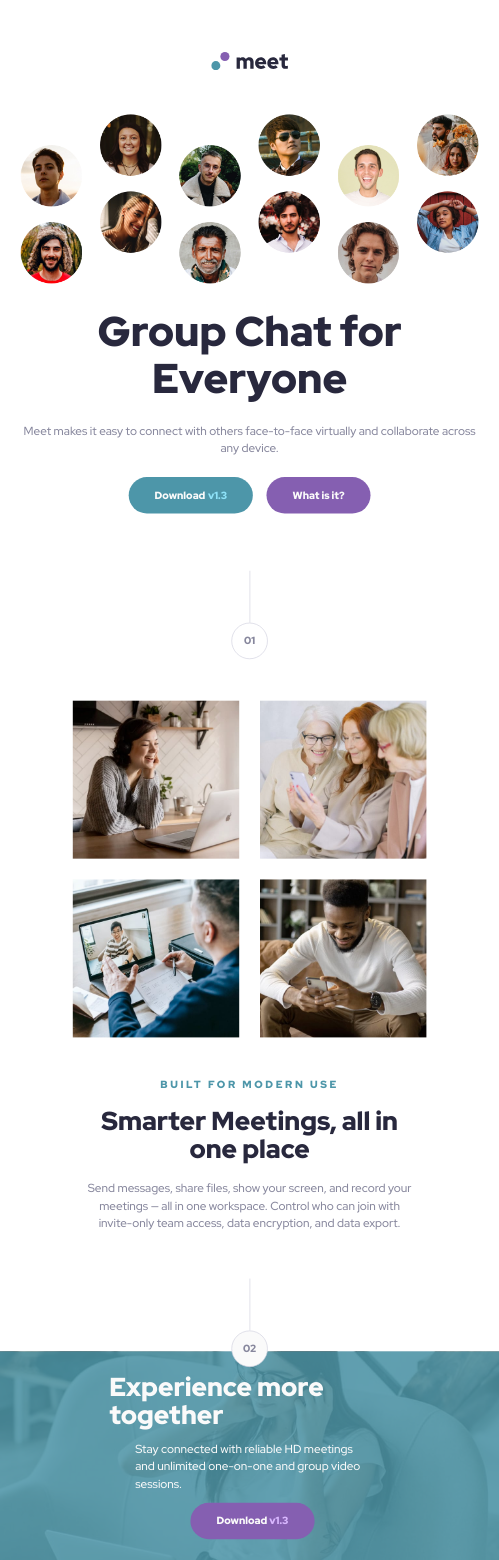
Repository: brandontaylor1/meet-landing-page
Page: index.html
An editor plug-in stored every save of this project. The page is shown before and after the next save, followed by the edit.
The browser window is 768 px wide. The pictures show the whole page, at 65% of full size.

Above is the page before, as saved 2025-01-13 20:16:35.

### index.html
<!DOCTYPE html>
<html lang="en">
<head>
    <meta charset="UTF-8">
    <meta name="viewport" content="width=device-width, initial-scale=1.0">
    <link rel="preconnect" href="https://fonts.googleapis.com">
    <link rel="preconnect" href="https://fonts.gstatic.com" crossorigin>
    <link href="https://fonts.googleapis.com/css2?family=Red+Hat+Display:ital,wght@0,300..900;1,300..900&display=swap" rel="stylesheet">
    <link rel="stylesheet" href="styles.css">
    <title>Meet Landing Page</title>
</head>
<body>
    <nav class="navbar">
        <div class="logo-container">
            <img src="./assets/images/logo.svg" alt="meet logo">
        </div>
    </nav>
    <section class="hero-section">
        <img src="" class="responsive-image" alt="responsive-image">
        <img src="./assets/images/image-hero-left.png" class="hero-images"  id="left-faces" alt="Left Faces">
        <div class="hero-content">
            <h1>Group Chat for Everyone</h1>
            <p>Meet makes it easy to connect with others face-to-face virtually and collaborate across any device.</p>
            <div class="btn-container">
                <button class="hero-btn" id="downloadBtn">Download<span>v1.3</span></button>
                <button class="hero-btn" id="whatisitBtn">What is it?</button>
            </div>
        </div>
        <img src="./assets/images/image-hero-right.png" class="hero-images" id="right-faces" alt="Right Faces">
    </section>

    <section class="main-content">
        <div class="content">
            <div class="design-container">
                <div class="gray-line"></div>
                <div class="gray-circle">01</div>
            </div>
            <div class="image-container">
                <img src="./assets/images/image-woman-in-videocall.jpg" alt="woman on video call">
                <img src="./assets/images/image-women-videochatting.jpg" alt="women vidoechatting">
                <img src="./assets/images/image-men-in-meeting.jpg" alt="men in a meeting">
                <img src="./assets/images/image-man-texting.jpg" alt="man texting">
            </div>
            <div class="text-container">
                <h3>Built for Modern Use</h3>
                <h2>Smarter Meetings, all in one place</h2>
                <p>Send messages, share files, show your screen, and record your meetings — all in one workspace. Control who can join with invite-only team access, data encryption, and data export.</p>
            </div>
        </div>
    </section>
    <div class="design-container">
        <div class="gray-line"></div>
        <div class="gray-circle white">02</div>
    </div>
    <section class="footer">
        <div class="footer-grid">
            <h2>Experience more together</h2>
            <p>Stay connected with reliable HD meetings and unlimited one-on-one and group video sessions.</p>
            <button class="hero-btn" id="whatisitBtn">Download <span class="footer-span">v1.3</span></button>
        </div>
    </section>

</body>
</html>

### styles.css
* {
    margin: 0;
    padding: 0;
    box-sizing: border-box
}

:root {
    --color-white: #FAFAFA;
    --color-slate: #87879D;
    --color-lightslate: #D1D1DF;
    --color-darkslate: #28283D;
    --color-cyan: #4D96A9;
    --color-purple: #855FB1;
    --color-lightcyan: #8FE3F9;
    --color-lightpurple: #D9B8FF;

    font-size: 16px;

}

body {
    display: flex;
    flex-direction: column;
    align-items: center;
    justify-content: center;
}

.white {
    background-color: var(--color-white);
}

.navbar {
    display: flex;
    padding: 5rem 5rem 0 5rem;
    flex-direction: column;
    justify-content: flex-end;
    align-items: center;
    gap: var(--spacing-100, .5rem);
    align-self: stretch;

}

.hero-section {
    display: flex;
    justify-content: space-between;
    align-items: center;
    padding: 4rem 5rem;
    height: auto;
    width: 100%;
}

.left-faces {
    padding-right: 95px;
    padding-bottom: 57px;
}

.right-faces {
    padding-left: 95px;
    padding-top: 57px;
}

.responsive-image {
    display: none;
}

.hero-section {
    width: 100%;
}

.hero-content {
    display: flex;
    flex-direction: column;
    align-items: center;
    justify-content: space-between;
    width: 448px;
    height: 314px;

}

.hero-content h1 {
    font-family: "Red Hat Display", sans-serif;
    font-size: 4rem;
    font-weight: 900;
    line-height: 110%;
    color: var(--color-darkslate);
    text-align: center;
}

.hero-content p {
    font-family: "Red Hat Display", sans-serif;
    font-size: 18px;
    font-weight: 500;
    line-height: 150%;
    color: var(--color-slate);
    text-align: center;

}

.hero-btn {
    padding: 16px 40px;
    border-radius: 29px;
    border: none;

}

#downloadBtn {
    background-color: var(--color-cyan);
    color: var(--color-white);
    font-size: 16px;
    font-family: "Red Hat Display", sans-serif;
    font-weight: 900;
    line-height: 150%;
    margin-right: 8.5px;
}

#downloadBtn span {
    margin-left: 4px;
    color: var(--color-lightcyan);

}

#whatisitBtn {
    background-color: var(--color-purple);
    color: var(--color-white);
    font-size: 16px;
    font-family: "Red Hat Display", sans-serif;
    font-weight: 900;
    line-height: 150%;
    margin-left: 8.5px;
}

.main-content {
    display: flex;
    flex-direction: column;
    align-items: center;
    justify-content: center;
    height: 883px;
    padding: 56px 80px 72px 80px;
}

.content {
    display: flex;
    flex-direction: column;
    align-items: center;
    justify-content: space-between;
    height: 755px;
}

.design-container {
    display: flex;
    justify-content: center;
    align-items: center;
    flex-direction: column;

}

.gray-line {
    width: 1px;
    height: 80px;
    background-color:  var(--color-lightslate);
    z-index: 5;
}

.gray-circle {
    width: 56px;
    height: 56px;
    display: flex;
    align-items: center;
    justify-content: center;
    border-radius: 50%;
    border: 1px solid var(--color-lightslate);
    color: var(--color-slate);
    font-size: 16px;
    font-family: "Red Hat Display", sans-serif;
    font-weight: 900;
    line-height: 150%;
    z-index: 5;
}

.image-container {
    display: grid;
    grid-template-columns: repeat(4, 1fr);
    grid-template-rows: 1fr;
    gap: 32px;
}

.image-container img {
    width: 256px;
    height: auto;
}

.text-container {
    width: 500px;
    height: 235px;
    display: flex;
    flex-direction: column;
    align-items: center;
    justify-content: space-between;
}

.text-container h3 {
    font-family: "Red Hat Display", sans-serif;
    font-size: 16px;
    font-weight: 900;
    line-height: 110%;
    text-transform: uppercase;
    letter-spacing: 4px;
    color: var(--color-cyan);
}

.text-container h2 {
    font-family: "Red Hat Display", sans-serif;
    font-size: 40px;
    font-style: normal;
    font-weight: 900;
    line-height: 110%;
    text-align: center;
    color: var(--color-darkslate);
}

.text-container p {
    font-family: "Red Hat Display", sans-serif;
    font-size: 18px;
    font-style: normal;
    font-weight: 500;
    line-height: 150%;
    text-align: center;
    color: var(--color-slate)
}


.footer {
    padding: 7rem 5rem;
    width: 100%;
    display: flex;
    align-items: center;
    justify-content: center;
    background-image: url("./assets/images/image-footer.jpg");
    background-size: cover;
    background-position: center;
    background-repeat: no-repeat;
    margin-top: -1.5rem;
    position: relative;
    z-index: 0;
}

.footer-grid {
    display: flex;
    align-items: flex-start;
    justify-content: center;
    grid-template-columns: repeat(3, 1fr);
    width: 70rem;
    gap: 32px;
    z-index: 2;

}

.footer-grid h2 {
    font-family: "Red Hat Display", sans-serif;
    font-size: 2.5rem;
    font-weight: 900;
    line-height: 110%;
    color: var(--color-white);
    width: 27rem;
}

.footer-grid p {
    font-family: "Red Hat Display", sans-serif;
    font-size: 1.125rem;
    font-weight: 500;
    line-height: 150%;
    color: var(--color-white);
    width: 22rem;
}

.footer::before {
    content: "";
    position: absolute;
    top: 0;
    left: 0;
    width: 100%;
    height: 100%;
    background-color: hsla(192, 37%, 48%, 0.85); /* Adjust the color and opacity as needed */
    z-index: 1;
}

.footer-span {
    color: var(--color-lightpurple)
}


@media screen and (min-width: 795px) and (max-width: 1354px) {
    .hero-section {
        display: flex;
        padding: var(--spacing-800, 64px) var(--spacing-400, 32px);
        flex-direction: column;
        align-items: center;
        gap: var(--spacing-100, 8px);
        align-self: stretch;
    }

    .hero-content {
        display: flex;
        flex-direction: column;
        align-items: center;
        gap: var(--spacing-300, 24px);
    }

    .hero-content h1 {
        font-size: 3rem;
    }

    .hero-content p {
        font-size: 16px;
    }

    .hero-images {
        display: none;
    }

    .responsive-image {
        display: block;
        content: url("./assets/images/tablet/image-hero.png");
    }

    .main-content {
        width: 100%;
        height: auto;
        /* padding: 56px 40px 72px 40px; */
    }

    .content {
        height: auto;
        display: flex;
        flex-direction: column;
        align-items: center;
        justify-content: space-between;
    }

    .image-container {
        grid-template-columns: repeat(2, 1fr);
        grid-template-rows: repeat(2, 1fr);
        padding: 4rem 0;
    }
}

@media screen and (max-width: 806px) {
    .hero-images {
        display: none;

    }

    .hero-section {
        display: flex;
        padding: var(--spacing-800, 64px) var(--spacing-400, 32px) var(--spacing-400, 32px) var(--spacing-400, 32px);
        flex-direction: column;
        align-items: center;
        gap: var(--spacing-100, 8px);
        align-self: stretch;
    }

    .hero-content {
        display: flex;
        flex-direction: column;
        align-items: center;
        gap: var(--spacing-300, 24px);
        align-self: stretch;
        width: 100%;
        margin-top: 32px;
    }

    .hero content h1 {
        font-size: 2rem;
    }

    .main-content {
        width: 100%;
        height: auto;
        /* padding: 56px 40px 72px 40px; */
    }

    .content {
        height: auto;
        display: flex;
        flex-direction: column;
        align-items: center;
        justify-content: space-between;
    }

    .image-container {
        grid-template-columns: repeat(2, 1fr);
        grid-template-rows: repeat(2, 1fr);
        padding: 4rem 0;
    }

    .responsive-image {
        display: block;
        content: url('./assets/images/tablet/image-hero.png');
        width: 100%;

    }

    .footer {
        padding: 2rem;
    }

    .footer-grid {
        flex-direction: column;
        align-items: center;
        justify-content: center;
        grid-template-columns: 1fr;
        width: 100%;
        gap: 16px;
    }
}

@media screen and (max-width: 480px) {
    .hero-section {
        display: flex;
        padding: var(--spacing-800, 64px) var(--spacing-400, 32px) var(--spacing-400, 32px) var(--spacing-400, 32px);
        flex-direction: column;
        align-items: center;
        gap: var(--spacing-100, 8px);
        align-self: stretch;
    }

    .hero-content {
        display: flex;
        flex-direction: column;
        align-items: center;
        gap: var(--spacing-300, 24px);
        align-self: stretch;
        width: 100%;
    }

    .hero content h1 {
        font-size: 2rem;
    }

    .main-content {
        width: 100%;
        height: auto;
        /* padding: 56px 40px 72px 40px; */
    }

    .content {
        height: auto;
        display: flex;
        flex-direction: column;
        align-items: center;
        justify-content: space-between;
    }

    .responsive-image {
        display: block;
        content: url('./assets/images/mobile/image-hero.png');
        width: 100%;

    }

    .image-container {
        grid-template-columns: repeat(1, 1fr);
        grid-template-rows: repeat(4, auto);
    }

    .btn-container {
        display: flex;
        flex-direction: column;
        align-items: center;
        justify-content: center;
        gap: var(--spacing-100, 8px);
    }




}

After the next save:
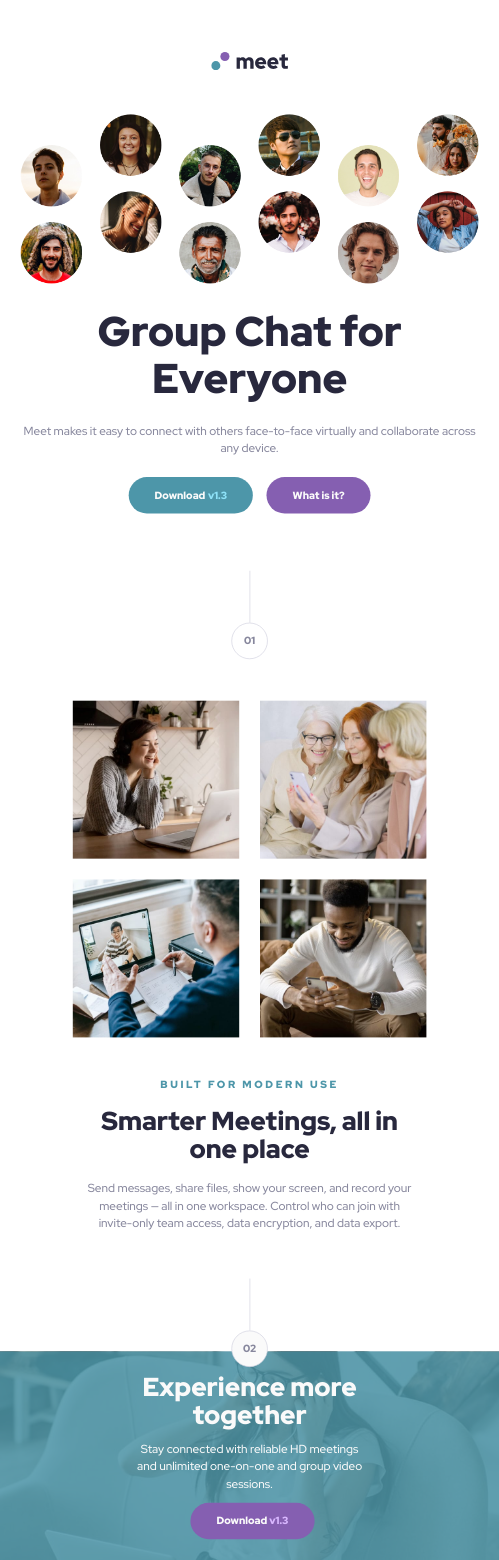
Saved 21 s later.
--- a/styles.css
+++ b/styles.css
@@ -411,6 +411,7 @@ body {
         grid-template-columns: 1fr;
         width: 100%;
         gap: 16px;
+        text-align: center;;
     }
 }
 
